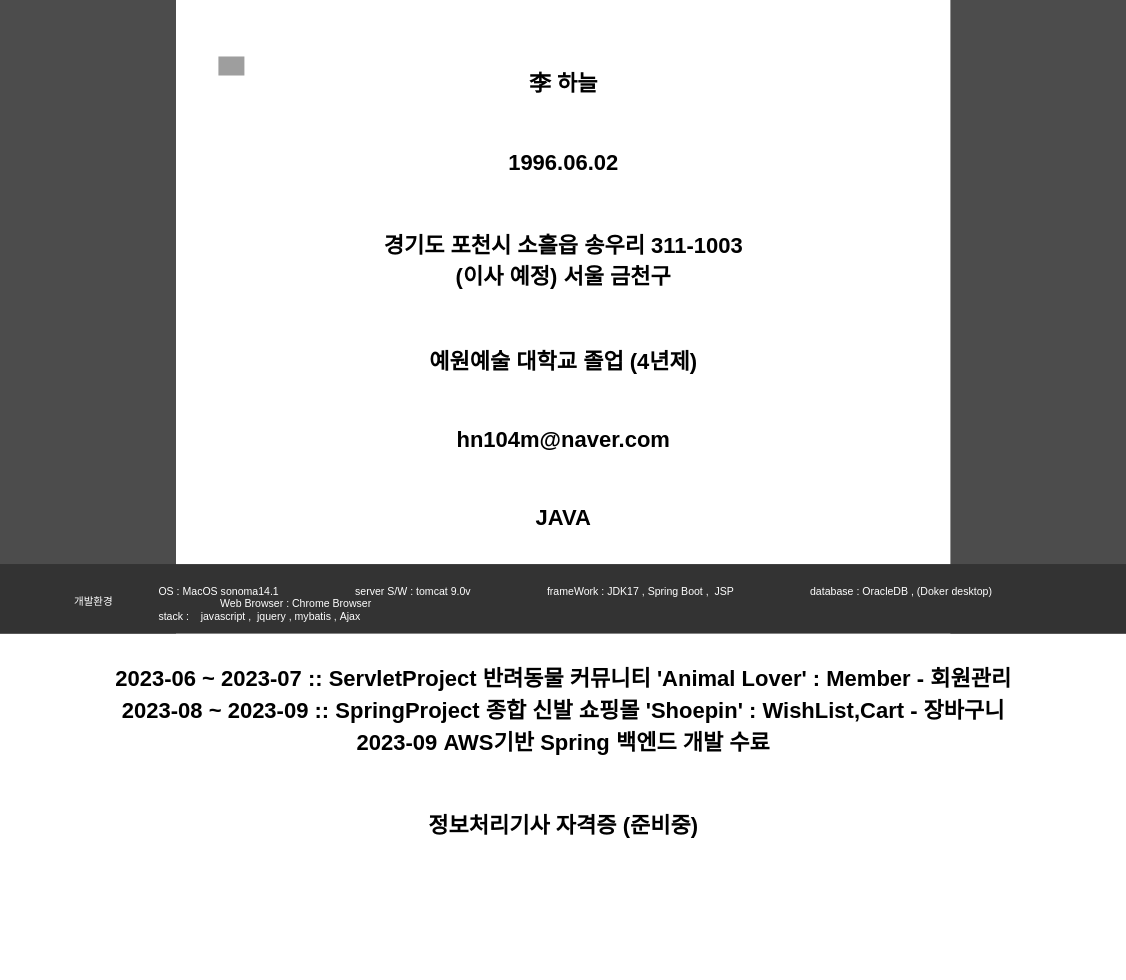
Repository: LeeHaNeul96/Leehaneul
Page: http://localhost/com.introduce/WEB-INF/views/more.jsp
These files come from the project's save history. The page is drawn as it stood at one moment and after the next save; the edit follows.
The browser window is 1280 px wide. The pictures show the whole page, at 88% of full size.
Pictures or frames that could not be fetched are drawn as grey boxes. Some web fonts or font styles are not loaded; a fallback is used. The page is served by Tomcat 9. Nobody is signed in. The template is opened directly, without the code that normally fills it, so the values that code supplies are empty.

Above is the page before, as saved 2023-11-02 06:23:03.

After the next save:
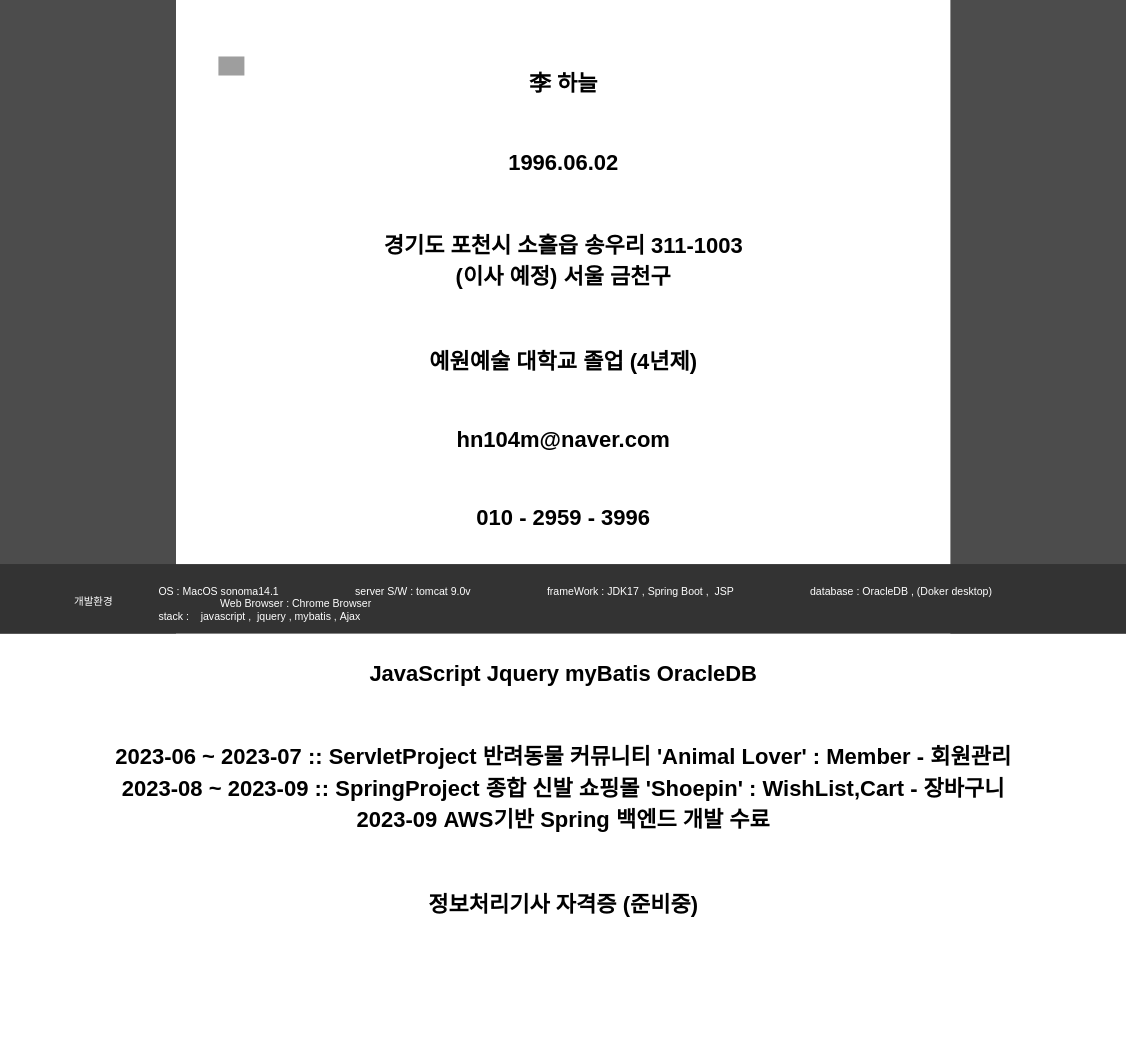
Saved 14 min 15 s later.
--- a/com.introduce/src/main/webapp/WEB-INF/views/more.jsp
+++ b/com.introduce/src/main/webapp/WEB-INF/views/more.jsp
@@ -111,6 +111,7 @@ $(function() {
 </h2><br>
 <h2>예원예술 대학교 졸업 (4년제)</h2><br>
 <h2>hn104m@naver.com</h2><br>
+<h2>010 - 2959 - 3996</h2><br>
 <h2>JAVA</h2><br>
 <h2>JavaScript  Jquery  myBatis  OracleDB</h2><br>
 <h2>2023-06 ~ 2023-07 :: ServletProject 반려동물 커뮤니티 'Animal Lover' : Member - 회원관리<br>
